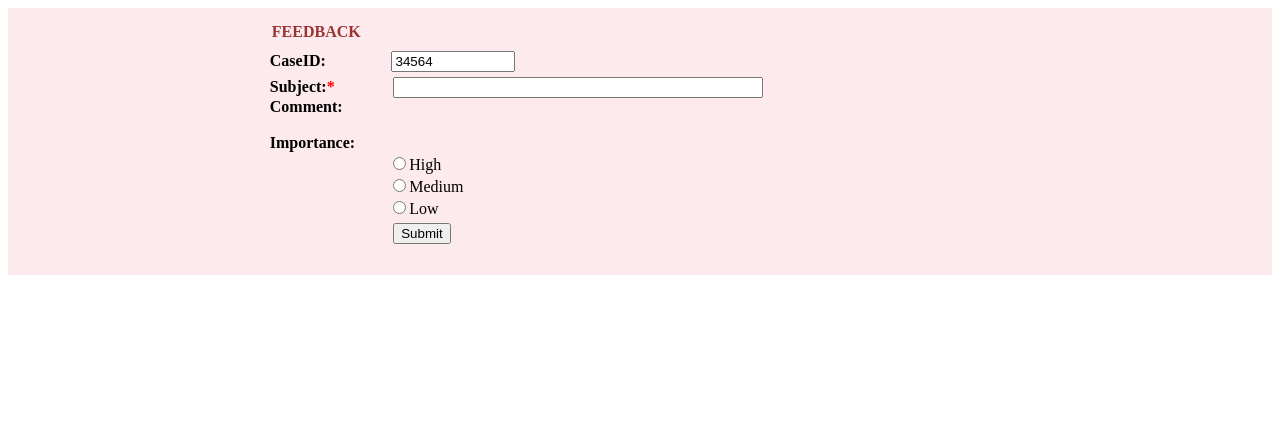
Repository: vRia4/INST728J-Victoria-Nathaniel
Page: Assignments/feedback.html
These files come from the project's save history. The page is drawn as it stood at one moment and after the next save; the edit follows.
The browser window is 1280 px wide. The pictures show the whole page.

Above is the page before, as saved 2023-07-25 11:42:14.

### Assignments/feedback.html
<html>
<head>
<title>Feedback</title>
<head>
    <style>
        .wrapper {
            background-color:rgb(253, 234, 237);
            padding: 15px;

        }

        .title {
            color:#9B3333;
            margin-left: 20%;
            margin-bottom: 10px;
            font-weight: bold;
        }

        label {
            margin-left: 20%;
            font-weight: bold;
        }

        input[type="num"] {
            width: 10%;
            margin-left: 5%;
        }

        input[type="class"] {
            width: 30%;
            margin-left: 4.4%;
            margin-top: 5px;
        }

        textarea {
            width: 30%;
            margin-left: 4%;
            margin-top: 5px;
            /* width: 19%;
            margin-left: 30%;
            padding: 0px;
            margin-top: 5px; */
        }

        input[type="radio"], input[type="submit"]{
        margin-left: 30%;
        margin-top: 5px;
        }

    </style>
</head>
<body>
    <div class="wrapper">
        <legend class="title">FEEDBACK</legend>

        <form name="myFirstForm" method="post" action="ThankYou.html">
            <label for="caseID" > CaseID: </label>
	        <input type="num" value="34564"><br>

            <label for="subject">Subject:<span style="color: red;">*</label>
            <input type="class" placeholder=" "> </br>

            <!-- <div> -->
                <label for="comment"> Comment: </label> <br
                <textarea id="comment" name="comment" rows="10" cols="30"></textarea> </br>
            <!-- </div> -->

            <label for="importance"> Importance:</label><br>
            <input type="radio" name="value">High </br>
            <input type="radio" name="value">Medium </br>
            <input type="radio" name="value">Low </br>

            <div>
                <input type="submit" value="Submit">
            </div>
        </form>
    </div>

</body>
</html>

After the next save:
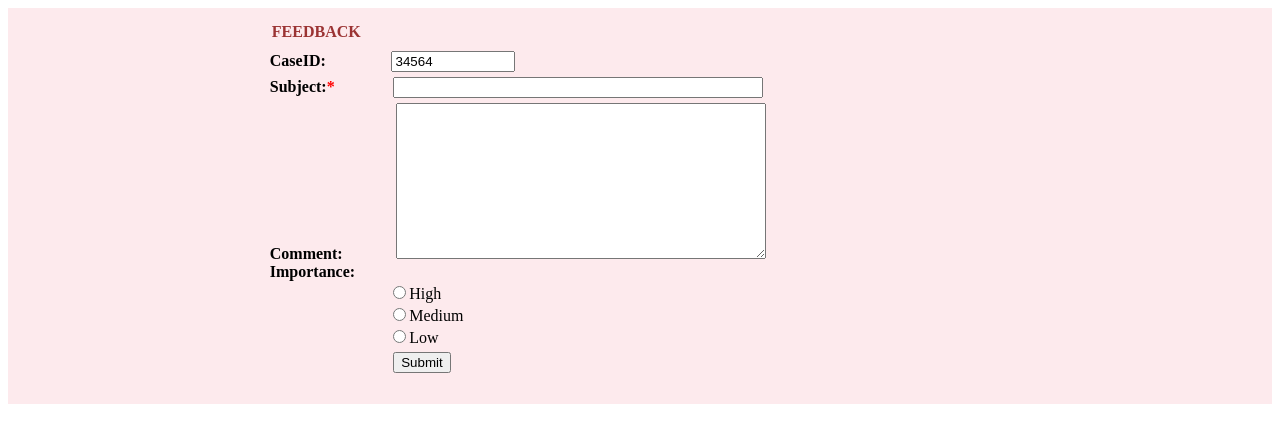
Saved 5 s later.
--- a/Assignments/feedback.html
+++ b/Assignments/feedback.html
@@ -61,7 +61,7 @@
             <input type="class" placeholder=" "> </br>
 
             <!-- <div> -->
-                <label for="comment"> Comment: </label> <br
+                <label for="comment"> Comment: </label>
                 <textarea id="comment" name="comment" rows="10" cols="30"></textarea> </br>
             <!-- </div> -->
 
